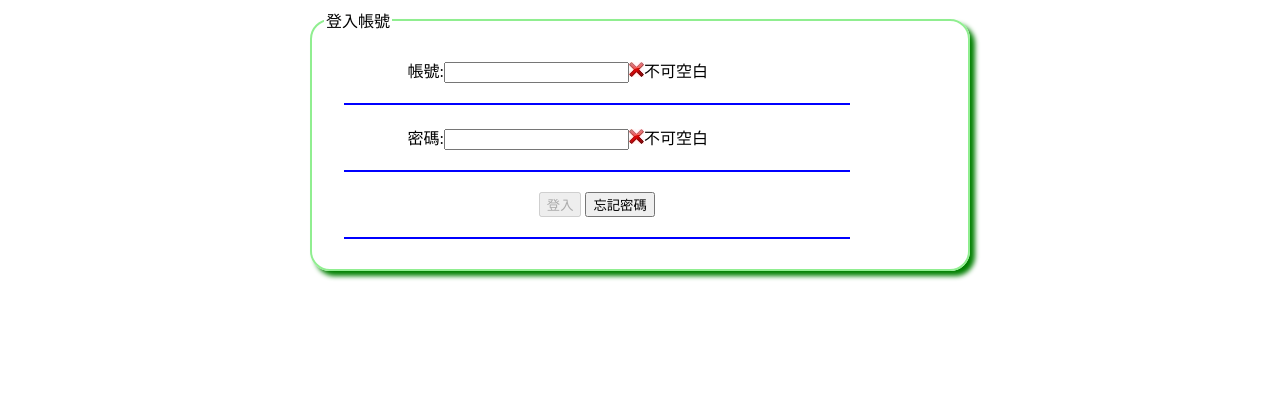
Repository: cctytw2000/Hibernate_HW
Page: http://localhost/EEIT109_35/member/LoginMember.jsp
The author's editor kept a copy of each file at every save. The page is drawn from the files as they stood at one save, then again after the next save.
The browser window is 1280 px wide. The pictures show the whole page.
The page is served by Tomcat 9. Nobody is signed in. The application's start-up code is not run.

Above is the page before, as saved 2019-09-26 08:26:07.

After the next save:
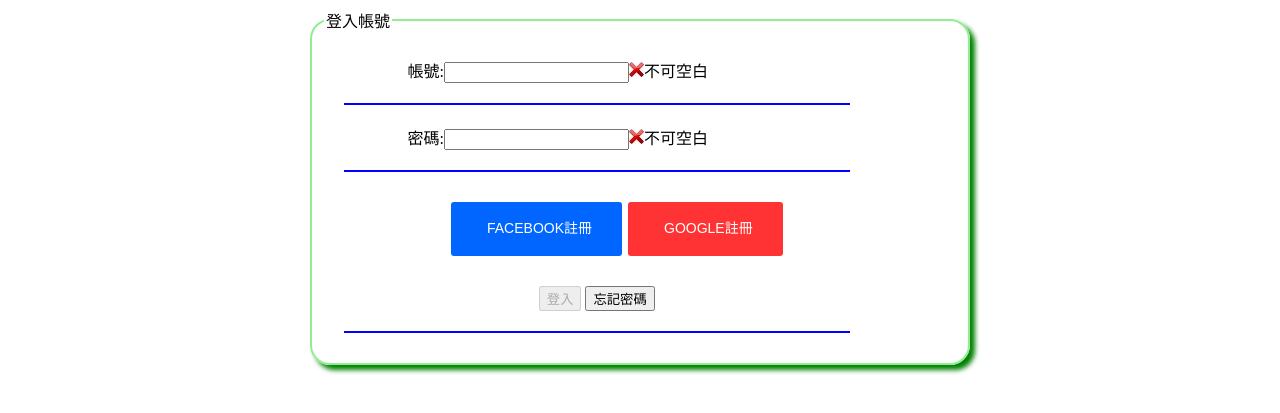
Saved 114 s later.
--- a/Member/EEIT109_35/src/main/webapp/member/LoginMember.jsp
+++ b/Member/EEIT109_35/src/main/webapp/member/LoginMember.jsp
@@ -24,7 +24,13 @@
 				<label class='label1'>密碼:</label><input type="password" id="password" name="password"><span id="passowrd_msg"></span>
 
 			</div>
-
+            <div style="margin: auto auto;width: 60%">
+                <button type="button" style="background-color: #0066FF" class="btn btn-facebook" onclick="FBLogin();"><i
+                        class="fab fa-facebook-f fa-lg"></i> Facebook註冊
+                </button> <button type="button" style="background-color: 	#FF3333" class="btn btn-google"
+                    onclick="GoogleLogin();"><i class="fab fa-google-plus-g fa-lg"></i> Google註冊
+                </button>
+            </div>
             <div id="submit" class="div1" style="text-align: center">
 				<input name="login" type="submit" value="登入" disabled> <input name="fergetpwd" type="submit" value="忘記密碼">
 
